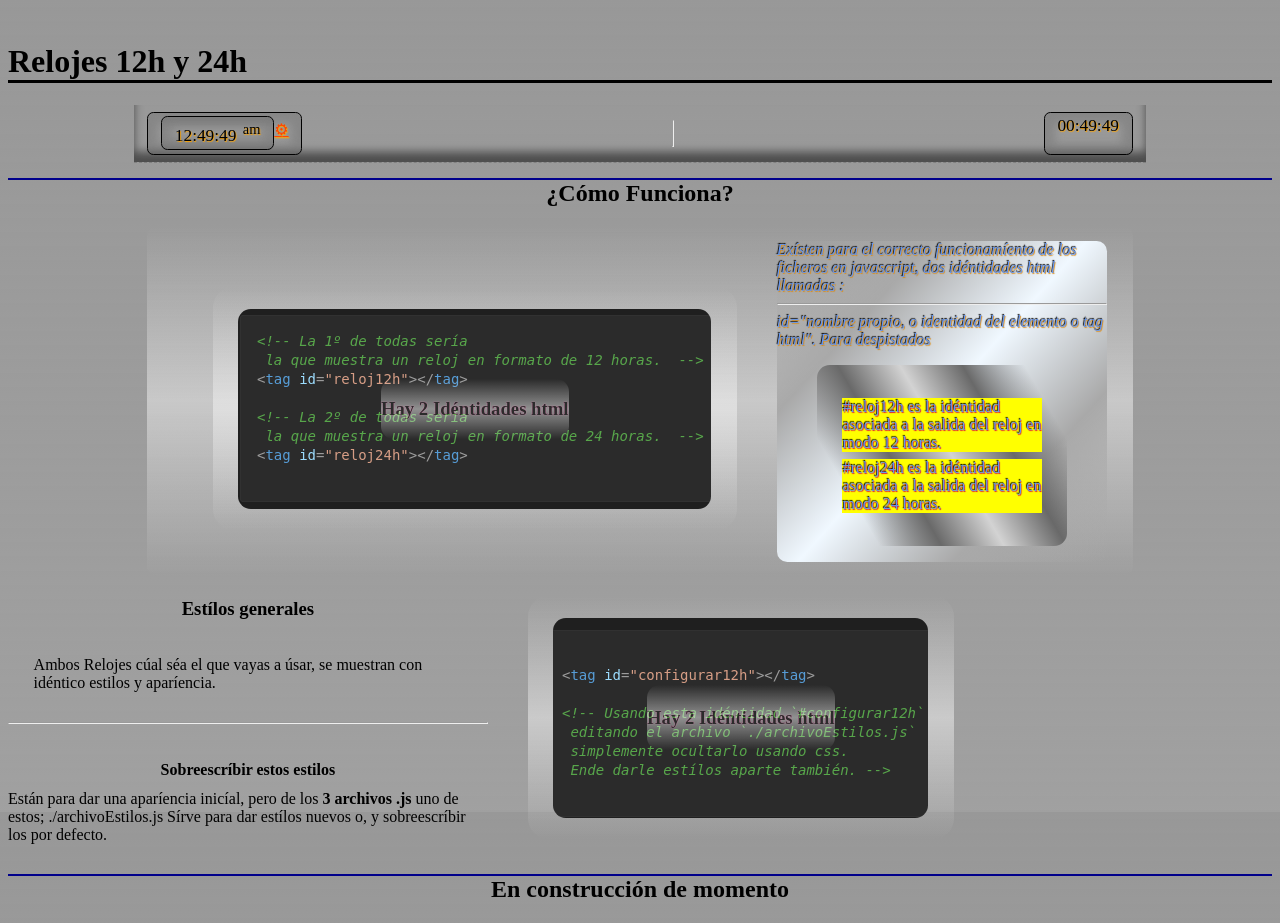
Repository: marcostonfor/clocks
Page: index.html
An editor plug-in stored every save of this project. The page is shown before and after a run of saves, followed by the edit.
The browser window is 1280 px wide. The pictures show the whole page.

Above is the page before, as saved 2024-09-19 01:16:26.

### index.html
<!DOCTYPE html>
<html lang="ca-ES, en-US">

<head>
    <meta charset="utf-8">
    <meta name="viewport" content="width=device-width, initial-scale=1">
    <title>relojes</title>
    <style>

        * {
            box-sizing: border-box;
        }

        body {
            background-image: repeating-linear-gradient(0deg, hsla(0, 0%, 41%, 0.63) 12%, hsla(0, 0%, 0%, 0.404));
        }

        h1 {
            margin-top: 6vh;
            border-bottom: 0.3vw solid black;
        }

        #dosRelojes {
            width: 80%;
            height: auto;
            margin: 2vh auto;
            padding: 1vh 1vw;
            display: flex;
            border-bottom: 0.1vw dashed gray;
            /* box-shadow: inset -0.2vh 0 06px hsl(41, 100%, 50%); */
            box-shadow: inset 0 -10px 10px rgba(0, 0, 0, 0.5);
        }

        summary::marker {
            content: none !important;
        }

        summary {
            cursor: pointer !important;
            color: orangered;
            text-decoration: underline;
            margin: 0.5vh auto;
            font-size: 12pt;
        }

        #caja12h {
            display: flex;
        }

        h2 {
            text-align: center;
            margin-top: 2vh;
            border-top: 0.2vw solid darkblue;
        }

        #identidades_principales {
            display: flex;
            justify-content: space-around;
            align-items:last baseline;
            padding: 2vh 2vw;
            width: 78%;
            margin: auto auto;
            background-image: repeating-linear-gradient(0deg, transparent, hsla(0, 0%, 96%, 0.5), transparent);
            border-radius: 0.755vw;
        }

        .conFoto figure {
            position: relative;
            display: flex;
            align-items: center;
            justify-content: center;
            background-image: repeating-linear-gradient(0deg, transparent, hsla(0, 0%, 96%, 0.5), transparent);
            padding: 3vh 2vw;
            border-radius: 1.6vw;
        }

        .conFoto figure img {
            border-radius: 1vw;
        }

        .conFoto figure figcaption {
            position: absolute;
            border-radius: 1vw;
            text-shadow: 0 0 1px hotpink;
            background-image:  repeating-linear-gradient(0deg, transparent, hsla(0, 0%, 96%, 0.5), transparent);
            mix-blend-mode: screen;
        }

        .conTexto  {
            width: fit-content;
            height: auto;
            color: cornflowerblue;
            text-shadow: 0.1vh 0.1vw 1px rgb(220, 140, 20), -0.1vh -0.1vw 1px black;
            background-image: repeating-linear-gradient(132deg, transparent, darkgray, aliceblue, darkgray, transparent);
            border-radius: 0.8vw;
        }

        .conTexto blockquote {
            padding: 2vw;
            border-radius: 1vw;
            background-image: linear-gradient(-120deg, transparent 12%, dimgray, lightgray, dimgray, transparent, transparent);
        }

        .conTexto blockquote mark {
            text-shadow: 0.1vh 0.1vw 1px rgb(220, 20, 60), -0.1vh -0.1vw 1px black;
            color: cornflowerblue !important;
            display: block;
            margin: 1vh auto;
        }

        #estilos_generales {
            width: 78%;
            display: flex;
            justify-content: space-around;
            align-items: center;

        }

        #estilos_generales article h3 {
            text-align: center;
            width: fit-content;
            margin: 3vh auto;
        }

        #textoGeneral {
            padding: 2vh 2vw;
            width: fit-content;
            /* border: 0.2vw solid black; */
            overflow: hidden;
        }

        .hache3 {
            display: block !important;
            text-align: center;
            margin: 1.5vh auto;
        }

        .code_md {
            font-weight: 800;
            font-size: calc(1em / 25%);
        }
    </style>
</head>

<body>
    <header>
        <h1>Relojes 12h y 24h</h1>
        <aside id="dosRelojes">
            <div id="caja12h">
                <div id="reloj12h"></div>
            </div>
            <hr>
            <div id="reloj24h"></div>
        </aside>
        <nav></nav>
    </header>
    <main>
        <h2>¿Cómo Funciona?</h2>
        <section id="identidades_principales">
            <article class="conFoto">
                <figure>
                    <img src="./img/identidadesPrincipales.png" alt="foto de las id principales">
                <figcaption><h3>Hay 2 Idéntidades html</h3></figcaption>
                </figure>
            </article>
            <article class="conTexto">
                    <cite>Exísten para el correcto funcionamíento de los ficheros en javascript, dos idéntidades html
                        llamadas :</cite> <hr /><cite>id="nombre propio, o identidad del elemento o tag html". Para despistados</cite>
                <blockquote>
                    <mark>#reloj12h es la idéntidad asociada a la salida del reloj en modo 12 horas.</mark>

                    <mark>#reloj24h es la idéntidad asociada a la salida del reloj en modo 24 horas.</mark>
                </blockquote>
            </article>
        </section>
        <section id="estilos_generales">
            <article>
                <h3>Estílos generales</h3>
                <p id="textoGeneral">
                    Ambos Relojes cúal séa el que vayas a úsar, se muestran con idéntico estilos y aparíencia. <br><hr><br><strong class="hache3">Sobreescríbir estos estilos</strong>
                    Están para dar una aparíencia inicíal, pero de los <span class="code_md">3 archivos .js</span> uno de estos;

                    ./archivoEstilos.js Sírve para dar estílos nuevos o, y sobreescríbir los por defecto.
                </p>
            </article>
            <article class="conFoto">
                <figure>
                    <img src="./img/fotoDetails12h.png" alt="foto de las id principales">
                <figcaption><h3>Hay 2 Idéntidades html</h3></figcaption>
                </figure>
            </article>
        </section>
    </main>
    <h2>En construcción de momento</h2>
    <script type="module" src="./relojes.js"></script>
</body>

</html>

<!--<p>Este es un texto con un <span style="font-size: 125%;">texto 25% más grande</span> que el resto.</p>
-->

### relojes.js

import { estilosPersonales } from './archivoEstilos.js';
import { conf12h } from './archivoConfiguracion.js';
function laHora() {
	const Reloj = class {
		constructor(formato, salida) {
			this.ahora = new Date();
			this.reloj = {
				hora: this.ahora.getHours(),
				minuto: this.ahora.getMinutes(),
				segundo: this.ahora.getSeconds()
			};
			this._formato = formato;
			this._salida = salida;
		}

		get formato() {
			return this._formato;
		}

		get salida() {
			return this._salida;
		}

		set formato(horaActual) {
			this._formato = horaActual;
		}

		set salida(output) {
			this._salida = output;
		}

		anyadirCero(formatear) {
			return formatear <= 9 ? "0" + formatear : formatear;
		}

		_12h() {
			let horas = this.reloj.hora % 12;
			if (horas === 0) horas = 12;
			const amOpm = this.reloj.hora >= 12 ? "pm" : "am";
			this._formato = `${this.anyadirCero(horas)}:${this.anyadirCero(this.reloj.minuto)}:${this.anyadirCero(this.reloj.segundo)}<sup>${amOpm}</sup>`;
			return this._formato;
		}

		_24h() {
			this._formato = `${this.anyadirCero(this.reloj.hora)}:${this.anyadirCero(this.reloj.minuto)}:${this.anyadirCero(this.reloj.segundo)}`;
			return this._formato;
		}
	};

	const laSalida = () => {
		const salida = document.getElementById("reloj12h");
		const salida24h = document.getElementById("reloj24h");
		const doceHoras = new Reloj();
	//	salida.innerHTML = doceHoras._12h();
	//	salida24h.innerHTML = doceHoras._24h();

 // Verifica si existe el elemento #reloj12h
 if (salida) {
	salida.innerHTML = doceHoras._12h();
	conf12h(); // Llamada a la función conf12h() si el elemento existe
}

// Verifica si existe el elemento #reloj24h
if (salida24h) {
	salida24h.innerHTML = doceHoras._24h();
}


	function estiloscss(estilosPersonales) {

		const estils = document.createElement('STYLE');
		estils.textContent = `
* {
    box-sizing: border-box;
}

div {
    text-align: center;
    width: fit-content;
    border: 0.1vw solid black;
    font-size: 13pt;
    padding: 0.5vh 1vw;
    box-shadow: inset 0 0 10px 10px hsla(0, 0%, 41%, 0.397);
    font-family: 'Comic Sans MS';
    color: black;
    text-shadow: 0.1vh 0.1vw 1px orange;
    border-radius: 0.5vw;
}


sup {
    margin-left: 0.5vw !important;
}
	`;
		if (estilosPersonales) {
			estils.textContent += estilosPersonales;
		}


		document.head.appendChild(estils);
}

	// Llamada a la función con estilos adicionales
	estiloscss(estilosPersonales);


	};

// estiloscss();
return setInterval(laSalida, 1000);
}
laHora();

### archivoEstilos.js
export const estilosPersonales = `

    `;

### archivoConfiguracion.js
export function conf12h() {
    const config = document.createElement('DETAILS');
    const summary = document.createElement('SUMMARY');
    summary.innerHTML = `&#9881;`;
    config.appendChild(summary);

    // Verificar si el checkbox ya existe
    if (!document.getElementById('miCheckbox')) {
        const checkbox = document.createElement('input');
        checkbox.type = 'checkbox';
        checkbox.id = 'miCheckbox';
        checkbox.checked = true; // Mostrar <sup> por defecto

        const label = document.createElement('label');
        label.htmlFor = 'miCheckbox'; // Asegúrate de que coincida con el id del checkbox
        label.textContent = 'Ver "am" "pm"';

        // Crear un elemento <style> para manejar la visibilidad de <sup>
        let estils = document.getElementById('dynamicStyles');
        if (!estils) {
            estils = document.createElement('style');
            estils.id = 'dynamicStyles';
            document.head.appendChild(estils);
        }

        // Función para actualizar el estilo de <sup>
        const updateSupVisibility = () => {
            if (checkbox.checked) {
                estils.textContent = `
                    sup {
                        display: inline !important;
                    }
                `;
            } else {
                estils.textContent = `
                    sup {
                        display: none !important;
                    }
                `;
            }
        };

        // Inicializar el estilo de <sup>
        updateSupVisibility();

        // Agregar un evento al checkbox para alternar la visibilidad de <sup>
        checkbox.addEventListener('change', updateSupVisibility);

        const mostrarConfiguracion = document.getElementById('caja12h');
        // Agregar el checkbox y el label al cuerpo del documento
        label.appendChild(checkbox);
        config.appendChild(label);
        mostrarConfiguracion.appendChild(config);
    }
}

After the next 4 saves:
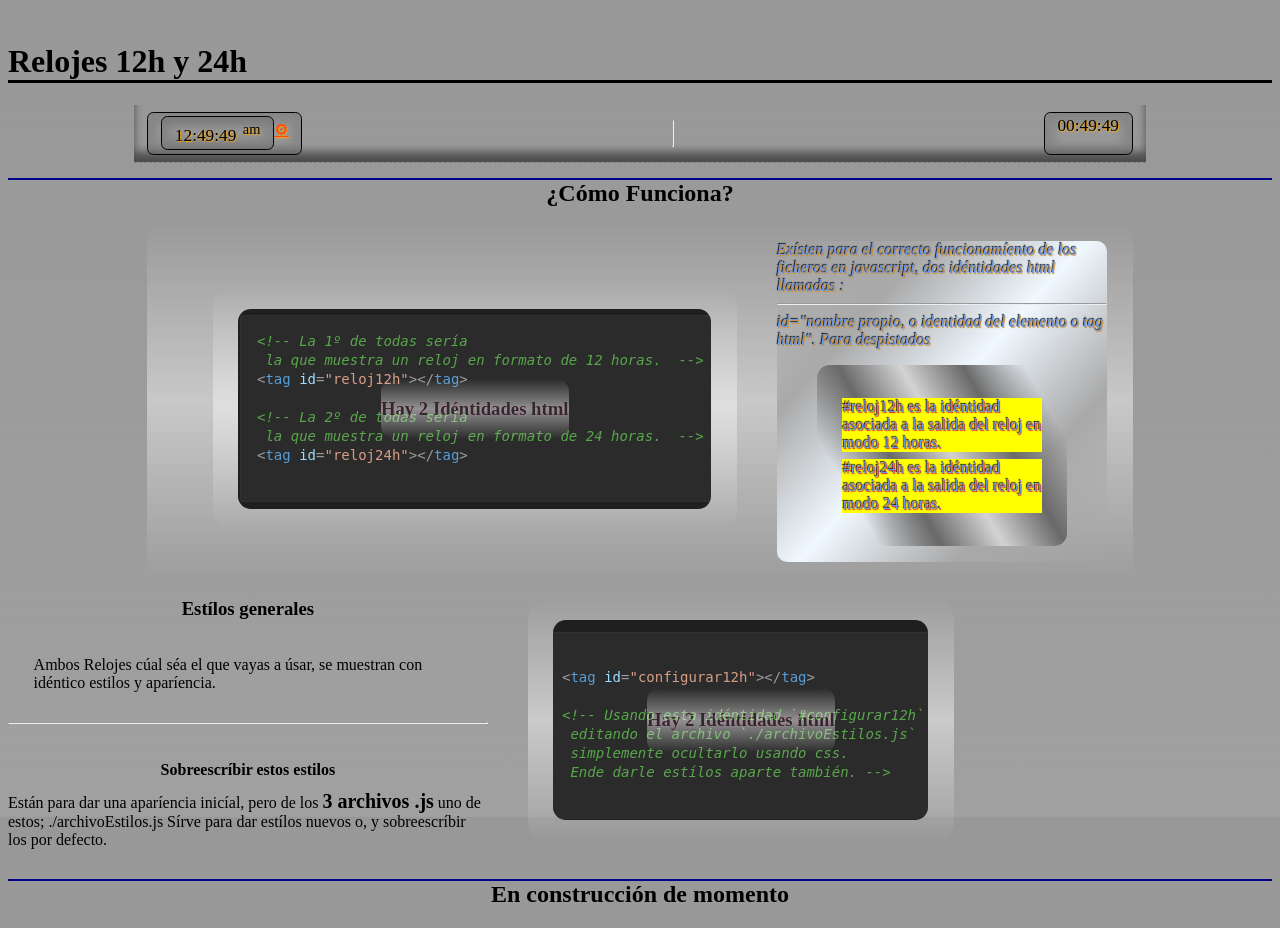
The 4 saves are shown as one change because they came seconds apart.
The last was saved 2 min 20 s later.
--- a/index.html
+++ b/index.html
@@ -137,7 +137,7 @@
 
         .code_md {
             font-weight: 800;
-            font-size: calc(1em / 25%);
+            font-size: calc(1em * 1.25);
         }
     </style>
 </head>
